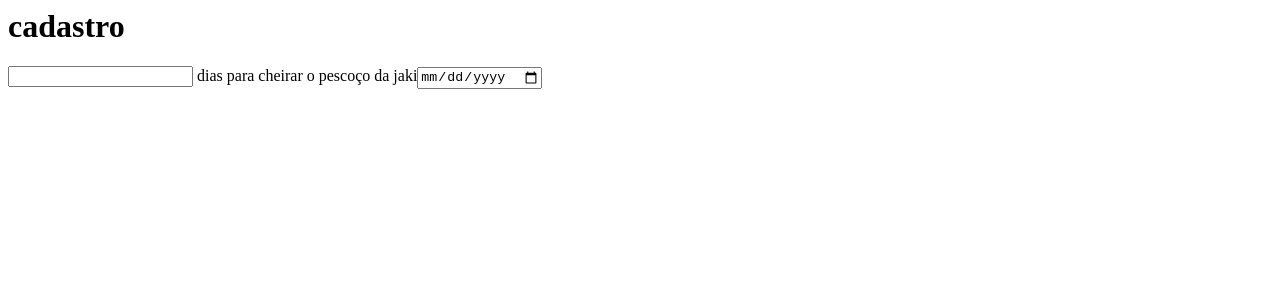
Repository: Danieloliver11/S.O.S-HUMANIDADE-BACK-END
Page: ACSocioambiental/eventoapp/src/main/resources/templates/index.html
An editor plug-in stored every save of this project. The page is shown before and after the next save, followed by the edit.
The browser window is 1280 px wide. The pictures show the whole page.

Above is the page before, as saved 2021-04-01 21:35:21.

### ACSocioambiental/eventoapp/src/main/resources/templates/index.html
<html>

<body>
<h1>cadastro</h1>
<form method="post">
<input type ="text" value=""name="nome">
dias para cheirar o pescoço da jaki<input type ="date">

</body>

</html>

After the next save:
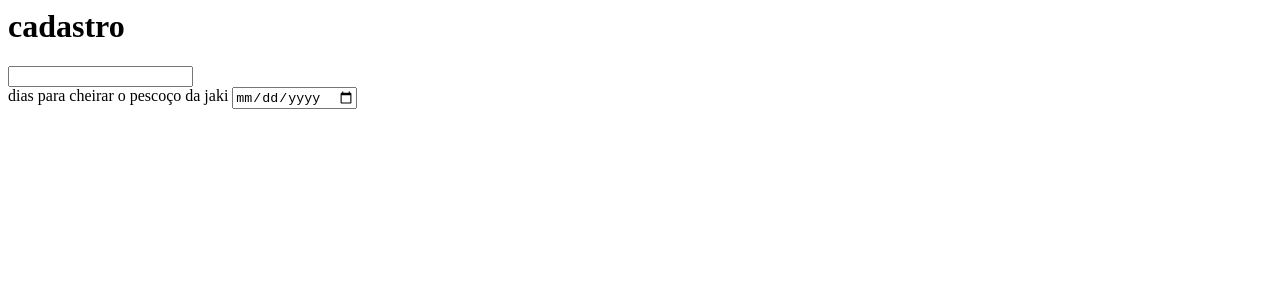
Saved 20 s later.
--- a/ACSocioambiental/eventoapp/src/main/resources/templates/index.html
+++ b/ACSocioambiental/eventoapp/src/main/resources/templates/index.html
@@ -4,7 +4,7 @@
 <h1>cadastro</h1>
 <form method="post">
 <input type ="text" value=""name="nome">
-dias para cheirar o pescoço da jaki<input type ="date">
+</br>dias para cheirar o pescoço da jaki <input type ="date">
 
 </body>
 
